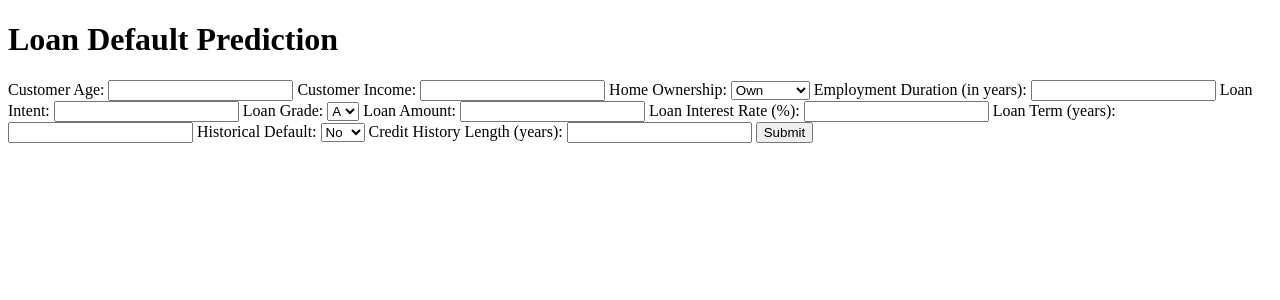
Repository: Aryankr31/Credit-Rating-System
Page: index.html
These files come from the project's save history. The page is drawn as it stood at one moment and after the next save; the edit follows.
The browser window is 1280 px wide. The pictures show the whole page.

Above is the page before, as saved 2024-11-01 12:35:12.
Not found: style.css

After the next save:
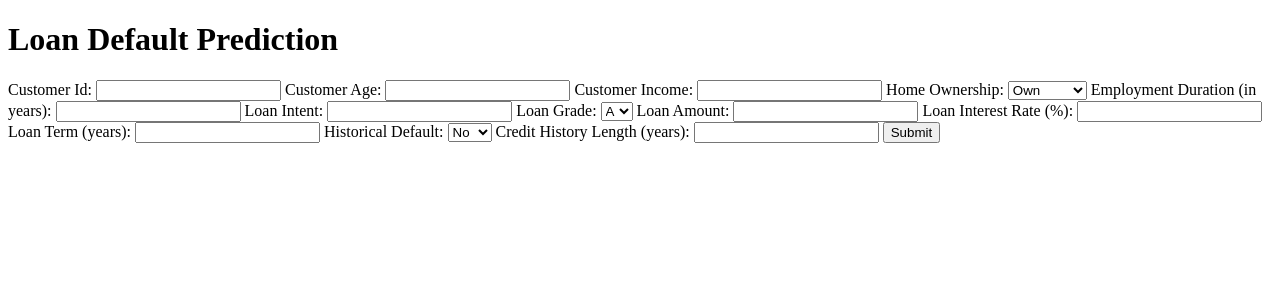
Saved 17 min 16 s later.
--- a/index.html
+++ b/index.html
@@ -11,6 +11,10 @@
       <h1>Loan Default Prediction</h1>
       <form id="predictionForm">
         <!-- Form fields for each input -->
+
+        <label>Customer Id:</label>
+        <input type="number" name="customer_id" required />
+
         <label>Customer Age:</label>
         <input type="number" name="customer_age" required />
 
